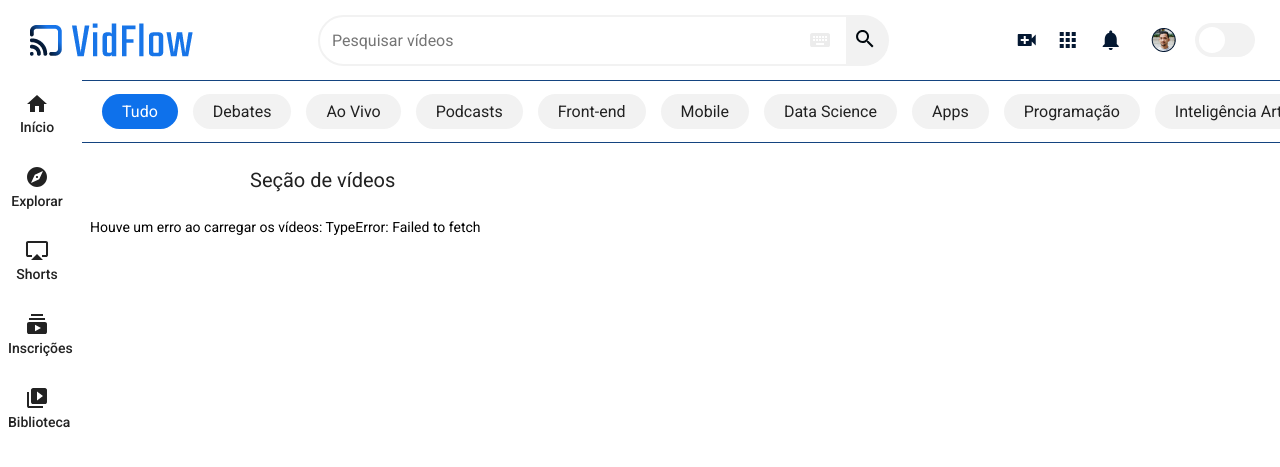
Repository: joaoPraiaJunior/curso-consumindo-api
Page: index.html
An editor plug-in stored every save of this project. The page is shown before and after the next save, followed by the edit.
The browser window is 1280 px wide. The pictures show the whole page.
The page's requests for data from a server got no answer.

Above is the page before, as saved 2024-08-16 21:44:17.

### index.html
<!DOCTYPE html>
<html lang="pt-br" dir="ltr">
<head>
    <meta charset="UTF-8">
    <meta name="viewport" content="width=device-width, initial-scale=1.0">
    <link href="https://fonts.googleapis.com/css2?family=Roboto:wght@400;500;700&display=swap" rel="stylesheet">
    <link rel="stylesheet" href="./css/reset.css">
    <link rel="stylesheet" href="./css/estilos.css">
    <link rel="stylesheet" href="./css/flexbox.css">
    <title>VidFlow</title>
    <link rel="shortcut icon" href="./img/Favicon.png" type="image/x-icon">
</head>
<body>
    <header>
        <nav class="cabecalho__container">
            <div class="logo__item">
                <a href="/"><img src="./img/modo_claro/vidflow-logo-light-mode.png" alt="Página do VidFlow"></a>
            </div>
            <div class="cabecalho__pesquisar__item">
                <form class="form__pesquisa">
                    <input type="search" name="pesquisar" class="pesquisar__input" placeholder="Pesquisar vídeos" data-js="barra-de-pesquisa">
                    <img src="./img/modo_claro/menu_superior/keyboard.svg" alt="Ícone de teclado" class="pesquisar__input-teclado">
                    <button class="pesquisar__btn">
                        <img src="./img/modo_claro/menu_superior/search.svg" alt="Ícone de lupa">
                    </button>
                </form>
            </div>
            <div class="secao-links-e-botao-switch">
                <ul aria-label="Links do cabeçalho" class="cabecalho__links">
                    <li><a href="#" class="cabecalho__videos" aria-label="Criar vídeos" title="Criar vídeos"></a></li>
                    <li><a href="#" class="cabecalho__apps" aria-label="Aplicativos"></a></li>
                    <li><a href="#" class="cabecalho__notificacoes" aria-label="Notificações"></a></li>
                    <li><a href="#" class="cabecalho__avatar" aria-label="Perfil de usuário"></a></li>
                </ul>

                <label class="cabecalho__switch">
                    <input type="checkbox" class="cabecalho__switch-input" data-js="modo-escuro" aria-label="Modo claro">
                    <span class="cabecalho__switch-slider"></span>
                </label>
            </div>
        </nav>
    </header>
    <!-- Menu lateral -->

    <div class="menu__container-wrapper">
        <aside class="menu__container">
            <section class="menu__secao" aria-label="Links principais">
                <ul class="menu__lista menu__links-principais">
                    <li>
                        <a class="menu__itens" href="#">
                            <i class="icone__inicio"></i>
                            <span>Início</span>
                        </a>
                    </li>

                    <li>
                        <a class="menu__itens" href="#">
                            <i class="icone__explorar"></i>
                            <span>Explorar</span>
                        </a>
                    </li>

                    <li>
                        <a class="menu__itens" href="#">
                            <i class="icone__shorts"></i>
                            <span>Shorts</span>
                        </a>
                    </li>

                    <li>
                        <a class="menu__itens" href="#">
                            <i class="icone__inscricoes"></i>
                            <span>Inscrições</span>
                        </a>
                    </li>

                    <li>
                        <a class="menu__itens" href="#">
                            <i class="icone__biblioteca"></i>
                            <span>Biblioteca</span>
                        </a>
                    </li>
                </ul>
            </section>

            <section class="menu__secao" aria-label="Links para vídeos guardados na conta">
                <ul class="menu__lista">
                    <li>
                        <a class="menu__itens" href="#">
                            <i class="icone__historico"></i>
                            <span>Histórico</span>
                        </a>
                    </li>

                    <li>
                        <a class="menu__itens" href="#">
                            <i class="icone__relogio"></i>
                            <span>Assistir mais tarde</span>
                        </a>
                    </li>

                    <li>
                        <a class="menu__itens" href="#">
                            <i class="icone__like"></i>
                            <span>Marcados com like</span>
                        </a>
                    </li>
                </ul>
            </section>

            <section class="menu__secao" aria-labelledby="inscricoes" data-js="secao-menu">
                <h2 id="inscricoes" class="menu__secao-titulo">Inscrições</h2>

                <ul id="menu__canais" class="menu__lista">
                    <li class="menu__canal">
                        <a class="menu__itens" href="#">
                            <i class="icone__alura"></i>
                            <span>Alura</span>
                        </a>
                    </li>

                    <li class="menu__canal">
                        <a class="menu__itens" href="#">
                            <i class="icone__gaveta"></i>
                            <span>Gaveta</span>
                        </a>
                    </li>

                    <li class="menu__canal">
                        <a class="menu__itens" href="#">
                            <i class="icone__ballerini"></i>
                            <span>Rafaella Ballerini</span>
                        </a>
                    </li>

                    <li class="menu__canal">
                        <a class="menu__itens" href="#">
                            <i class="icone__iamarino"></i>
                            <span>Atila Iamarino</span>
                        </a>
                    </li>

                    <li class="menu__canal">
                        <a class="menu__itens" href="#">
                            <i class="icone__souto"></i>
                            <span>Mario Souto</span>
                        </a>
                    </li>

                    <li class="menu__canal">
                        <a class="menu__itens" href="#">
                            <i class="icone__nerd"></i>
                            <span>Jovem Nerd</span>
                        </a>
                    </li>

                    <li class="menu__canal">
                        <a class="menu__itens" href="#">
                            <i class="icone__deschamps"></i>
                            <span>Felipe Deschamps</span>
                        </a>
                    </li>
                </ul>
            </section>

            <section class="menu__secao" aria-labelledby="mais-da-pagina" data-js="secao-menu">
                <h2 id="mais-da-pagina" class="menu__secao-titulo">
                    Mais da página
                </h2>

                <ul id="mais__paginas" class="menu__lista">
                    <li class="premium">
                        <a class="menu__itens" href="#">
                            <i class="icone__videos"></i>
                            <span>Vídeo Premium</span></a>
                    </li>

                    <li class="filmes">
                        <a class="menu__itens" href="#">
                            <i class="icone__filmes"></i>
                            <span>Filmes</span></a>
                    </li>

                    <li class="jogos">
                        <a class="menu__itens" href="#">
                            <i class="icone__jogos"></i>
                            <span>Jogos</span></a>
                    </li>

                </ul>
            </section>
        </aside>
    </div>
    <main>
        <div class="superior__secao__container">
            <button name="Tudo" class="botao-categoria selecionado" data-js="botao-categoria">
                Tudo
            </button>

            <button name="Debates" class="botao-categoria" data-js="botao-categoria">
                Debates
            </button>

            <button name="Ao Vivo" class="botao-categoria" data-js="botao-categoria">
                Ao Vivo
            </button>

            <button name="Podcasts" class="botao-categoria" data-js="botao-categoria">
                Podcasts
            </button>

            <button name="Front-end" class="botao-categoria" data-js="botao-categoria">
                Front-end
            </button>

            <button name="Mobile" class="botao-categoria" data-js="botao-categoria">
                Mobile
            </button>

            <button name="Data Science" class="botao-categoria" data-js="botao-categoria">
                Data Science
            </button>

            <button name="Apps" class="botao-categoria" data-js="botao-categoria">
                Apps
            </button>

            <button name="Programação" class="botao-categoria" data-js="botao-categoria">
                Programação
            </button>

            <button name="Inteligência Artificial" class="botao-categoria" data-js="botao-categoria">
                Inteligência Artificial
            </button>
            <button name="Inovação" class="botao-categoria" data-js="botao-categoria">
                Inovação
            </button>
        </div>
            <h1 class="videos__titulo"> Seção de vídeos </h1>
        <ul class="videos__container" data-js="container-videos">

        </ul>
    </main>
    <script type="module" src="js/script.js"></script>
</body>
</html>

### css/estilos.css
*,
*::before,
*::after {
  box-sizing: border-box;
  transition: background-color 0.2s linear;
}

:root {
  --azul-profundo: #01080e;
  --azul-escuro: #041832;
  --azul-medio: #144480;
  --azul-destaque-light: #0e71eb;
  --azul-destaque-dark: #1a76d8;
  --cinza-escuro: #222222;
  --cinza-medio: #c5c5c5;
  --cinza-claro: #f2f2f2;
  --branco: #ffffff;

  /* Variáveis semânticas */
  --bg-cor-principal: var(--branco);
  --bg-cor-secundaria: var(--cinza-claro);
  --fonte-cor-principal: var(--cinza-escuro);
}

:root.modo-escuro {
  --bg-cor-principal: var(--azul-profundo);
  --bg-cor-secundaria: var(--cinza-medio);
  --fonte-cor-principal: var(--cinza-medio);
}

body {
  font-family: Roboto, Arial, Helvetica, sans-serif;
  background-color: var(--bg-cor-principal);
  position: relative;
  width: 100%;
  height: 100vh;
  overflow: auto;
  font-size: 14px;
  color: var(--fonte-cor-principal);
  box-sizing: border-box;
  text-align: center;
}

::-webkit-scrollbar {
  width: 0;
  height: 0;
}

input[type="search"]::-webkit-search-decoration,
input[type="search"]::-webkit-search-cancel-button,
input[type="search"]::-webkit-search-results-button,
input[type="search"]::-webkit-search-results-decoration {
  display: none;
}

/* CABEÇALHO */

.cabecalho__container {
  background-color: var(--bg-cor-principal);
  height: 80px;
  width: 100%;
  padding: 0 25px;
}

.logo__item {
  padding: 15px 0px;
}

.pesquisar__input {
  position: relative;
  padding: 14px 12px;
  background-color: var(--bg-cor-principal);
  border: 2px solid var(--bg-cor-secundaria);
  border-radius: 32px 0px 0px 32px;
  font-size: 16px;
}

.pesquisar__input-teclado {
  position: absolute;
  right: 58px;
  top: 37%;
}

.pesquisar__btn {
  background-color: var(--bg-cor-secundaria);
  border: 0px;
  border-radius: 0px 32px 32px 0px;
  padding: 8px;
  padding-right: 15px;
  border-left: none;
  cursor: pointer;
}

.cabecalho__links {
  display: flex;
  align-items: center;
}

.cabecalho__videos {
  background-image: url("../img/modo_claro/menu_superior/video_call.svg");
  background-repeat: no-repeat;
  background-position: center;
  padding: 20px;
}

:root.modo-escuro .cabecalho__videos {
  background-image: url("../img/modo_escuro/menu_superior/video_call.svg");
}

.cabecalho__apps {
  background-image: url("../img/modo_claro/menu_superior/apps.svg");
  background-repeat: no-repeat;
  background-position: center;
  padding: 13px 30px 13px 13px;
}

:root.modo-escuro .cabecalho__apps {
  background-image: url("../img/modo_escuro/menu_superior/apps.svg");
}

.cabecalho__notificacoes {
  background-image: url("../img/modo_claro/menu_superior/notifications.svg");
  background-repeat: no-repeat;
  background-position: center;
  padding: 13px 30px 13px 13px;
}

:root.modo-escuro .cabecalho__notificacoes {
  background-image: url("../img/modo_escuro/menu_superior/notifications.svg");
}

.cabecalho__avatar {
  background-image: url("../img/modo_claro/menu_superior/Avatar.png");
  background-repeat: no-repeat;
  background-position: center;
  padding: 13px 30px 13px 33px;
}

:root.modo-escuro .cabecalho__avatar {
  background-image: url("../img/modo_escuro/menu_superior/Avatar.png");
}

.cabecalho__switch {
  position: relative;
  display: inline-block;
  padding: 13px 30px 13px 13px;
  width: 60px;
  height: 34px;
}

.cabecalho__switch-input {
  opacity: 0;
  width: 0;
  height: 0;
}

.cabecalho__switch-slider {
  position: absolute;
  cursor: pointer;
  top: 0;
  left: 0;
  right: 0;
  bottom: 0;
  background-color: var(--cinza-claro);
  transition: 0.4s;
  border-radius: 34px;
}

.cabecalho__switch-slider::before {
  position: absolute;
  content: "";
  height: 26px;
  width: 26px;
  left: 4px;
  bottom: 4px;
  background-color: var(--branco);
  transition: 0.4s;
  border-radius: 50%;
}

.cabecalho__switch-input:checked + .cabecalho__switch-slider {
  background-color: var(--azul-destaque-dark);
}

.cabecalho__switch-input:checked + .cabecalho__switch-slider::before {
  -webkit-transform: translateX(26px);
  -ms-transform: translateX(26px);
  transform: translateX(26px);
  background-color: var(--cinza-claro);
}

.cabecalho__switch-input:focus+.cabecalho__switch-slider {
  outline: auto 1px;
}

/* MENU LATERAL */

.menu__container {
  font-size: 14px;
  background-color: var(--bg-cor-principal);
}

.menu__container::-webkit-scrollbar {
  width: 16px;
  background: transparent;
}

.menu__container::-webkit-scrollbar-track {
  background: transparent;
}

.menu__container-wrapper:hover .menu__container::-webkit-scrollbar-thumb {
  background: var(--cinza-medio);
  border-radius: 8px;
  border: 4px solid transparent;
  background-clip: content-box;
}

.icone__inicio::before {
  content: url("../img/modo_claro/menu_lateral/home.svg");
}

:root.modo-escuro .icone__inicio::before {
  content: url("../img/modo_escuro/menu_lateral/home.svg");
}

.icone__explorar::before {
  content: url("../img/modo_claro/menu_lateral/explore.svg");
}

:root.modo-escuro .icone__explorar::before {
  content: url("../img/modo_escuro/menu_lateral/explore.svg");
}

.icone__shorts::before {
  content: url("../img/modo_claro/menu_lateral/airplay.svg");
}

:root.modo-escuro .icone__shorts::before {
  content: url("../img/modo_escuro/menu_lateral/airplay.svg");
}

.icone__inscricoes::before {
  content: url("../img/modo_claro/menu_lateral/subscriptions.svg");
}

:root.modo-escuro .icone__inscricoes::before {
  content: url("../img/modo_escuro/menu_lateral/subscriptions.svg");
}

.icone__biblioteca::before {
  content: url("../img/modo_claro/menu_lateral/video_library.svg");
}

:root.modo-escuro .icone__biblioteca::before {
  content: url("../img/modo_escuro/menu_lateral/video_library.svg");
}

.icone__historico::before {
  content: url("../img/modo_claro/menu_lateral/history.svg");
}

:root.modo-escuro .icone__historico::before {
  content: url("../img/modo_escuro/menu_lateral/history.svg");
}

.icone__relogio::before {
  content: url("../img/modo_claro/menu_lateral/history_toggle_off.svg");
}

:root.modo-escuro .icone__relogio::before {
  content: url("../img/modo_escuro/menu_lateral/history_toggle_off.svg");
}

.icone__like::before {
  content: url("../img/modo_claro/menu_lateral/thumb_up_alt.svg");
}

:root.modo-escuro .icone__like::before {
  content: url("../img/modo_escuro/menu_lateral/thumb_up_alt.svg");
}

.icone__alura::before {
  content: url("../img/modo_claro/menu_lateral/Avatar_Alura.png");
}

.icone__gaveta::before {
  content: url("../img/modo_claro/menu_lateral/Avatar_Gaveta.png");
}

.icone__ballerini::before {
  content: url("../img/modo_claro/menu_lateral/Avatar_Rafa.png");
}

.icone__iamarino::before {
  content: url("../img/modo_claro/menu_lateral/Avatar_Atila.png");
}

.icone__souto::before {
  content: url("../img/modo_claro/menu_lateral/Avatar_Souto.png");
}

.icone__nerd::before {
  content: url("../img/modo_claro/menu_lateral/Avatar_Jovem_Nerd.png");
}

.icone__deschamps::before {
  content: url("../img/modo_claro/menu_lateral/Avatar_Deschamps.png");
}

.icone__mostrar::before {
  content: url("../img/modo_claro/menu_lateral/keyboard_arrow_down.svg");
}

:root.modo-escuro .icone__mostrar::before {
  content: url("../img/modo_escuro/menu_lateral/keyboard_arrow_down.svg");
}

.icone__mostrar-rotacionado {
  transform: rotateX(0.5turn);
}

.icone__videos::before {
  content: url("../img/modo_claro/menu_lateral/ondemand_video.svg");
}

:root.modo-escuro .icone__videos::before {
  content: url("../img/modo_escuro/menu_lateral/ondemand_video.svg");
}

.icone__filmes::before {
  content: url("../img/modo_claro/menu_lateral/movie.svg");
}

:root.modo-escuro .icone__filmes::before {
  content: url("../img/modo_escuro/menu_lateral/movie.svg");
}

.icone__jogos::before {
  content: url("../img/modo_claro/menu_lateral/sports_esports.svg");
}

:root.modo-escuro .icone__jogos::before {
  content: url("../img/modo_escuro/menu_lateral/sports_esports.svg");
}

/* SECAO SUPERIOR */

.superior__secao__container {
  height: 63px;
  color: var(--branco);
  font-size: 16px;
  background-color: var(--bg-cor-principal);
  padding: 0 20px;
  position: fixed;
  top: 80px;
  right: 0;
  left: 0;
  overflow-x: scroll;
}

/* .superior__itens {
    position: relative;
} */

.botao-categoria {
  display: inline-block;
  font-size: 16px;
  color: var(--fonte-cor-principal);
  background-color: var(--cinza-claro);
  border-radius: 20px;
  padding: 8px 20px;
  cursor: pointer;
}

.botao-categoria:hover {
  background-color: var(--cinza-medio);
  color: var(--cinza-escuro);
  transition: 0.5s;
}

.botao-categoria.selecionado {
  background: var(--azul-destaque-light);
  color: var(--branco);
}

:root.modo-escuro .botao-categoria {
  background-color: var(--azul-escuro);
  color: var(--cinza-medio);
}

:root.modo-escuro .botao-categoria:hover {
  background-color: var(--cinza-medio);
  color: var(--cinza-escuro);
}

:root.modo-escuro .botao-categoria.selecionado {
  background-color: var(--azul-destaque-dark);
  color: var(--branco);
}

/* SEÇÃO VÍDEOS */

.videos__titulo {
  color: var(--fonte-cor-principal);
  font-size: 20px;
  position: relative;
  text-align: left;
  padding: 170px 0 0 250px;
}

.videos__container {
  color: black;
  padding: 30px 20px 10px 20px;
}

iframe {
  border-radius: 10px;
  width: 100%;
  height: 62%;
}

.descricao-video .link-img-canal {
  border-radius: 100%;
  width: 40px;
  height: 40px;
}

.descricao-video .titulo-video {
  font-weight: 700;
  font-size: 16px;
  color: var(--fonte-cor-principal);
}

.descricao-video .titulo-canal {
  font-size: 14px;
  color: var(--fonte-cor-principal);
}

.descricao-video .categoria {
  font-size: 14px;
  color: var(--fonte-cor-principal);
}

@media (min-width: 834px) {
  body {
    height: 100vh;
  }

  /* ESTILOS DO MENU LATERAL */

  .menu__container {
    font-size: 16px;
  }

  .menu__secao-titulo {
    display: block;
    padding: 24px 16px 0;
    text-align: start;
    font-weight: 500;
    text-transform: uppercase;
  }

  .menu__lista {
    padding: 16px 8px;
  }

  .menu__lista li {
    width: 100%;
  }

  .menu__lista .menu__itens {
    font-size: 14px;
  }

  .menu__links-principais .menu__itens {
    font-weight: 500;
  }

  .icone__mostrar {
    transition: transform .5s;
  }

  .menu__botao-expandir-canais[aria-expanded="true"] .icone__mostrar {
    transform: rotate(180deg);
  }

  /* ESTILOS DA SECAO SUPERIOR */

  .superior__secao__container {
    border-top: var(--azul-medio) 1px solid;
    border-bottom: var(--azul-medio) 1px solid;
    width: auto;
    left: 82px;
  }

  /*ESTILOS SEÇÃO VÍDEOS */

  .videos__container {
    padding-left: 90px;
    padding-right: 17px;
  }
}

@media (min-width: 1440px) {
  /* SEÇÃO SUPERIOR */

  .superior__secao__container {
    left: 247px;
  }

  /* ESTILOS DO MENU LATERAL */

  .menu__secao {
    border-bottom: 1.5px solid var(--azul-medio);
  }

  /* ESTILOS VIDEOS */

  .videos__container {
    padding-right: 10px;
    padding-left: 248px;
  }
}

### css/flexbox.css
/* CABEÇALHO */

.cabecalho__container {
  display: flex;
  justify-content: space-between;
  align-items: center;
  position: fixed;
  top: 0;
}

.cabecalho__pesquisar__item {
  display: none;
}

.form__pesquisa {
  position: relative;
  flex: 1;
  display: flex;
  justify-content: center;
}

.secao-links-e-botao-switch {
  display: flex;
}

/* MENU */

.menu__container {
  position: fixed;
  bottom: 0%;
  height: 74px;
  width: 100%;
}

.menu__secao {
  height: 100%;
}

.menu__secao:nth-child(2),
.menu__secao:nth-child(3),
.menu__secao:nth-child(4) {
  display: none;
}

.menu__lista {
  display: flex;
  justify-content: space-around;
  height: 100%;
}

.menu__lista li {
  align-self: center;
}

.menu__itens {
  display: flex;
  flex-direction: column;
  gap: 5px;
}

/* SEÇÃO SUPERIOR */

.superior__secao__container {
  display: flex;
  align-items: center;
  white-space: nowrap;
  gap: 15px;
}


/* VIDEO */

.videos__container {
  display: flex;
  flex-wrap: wrap;
  gap: 10px;
}

.videos__item {
  display: block;
  height: 303px;
  width: 280px;
  flex-grow: 1;
}

.videos__item.escondido {
  display: none;
}

.descricao-video {
  margin-top: 1rem;
  display: grid;
  text-align: start;
  column-gap: 1rem;
  row-gap: 10px;
  grid-template-columns: auto 1fr;
}

.descricao-video .link-img-canal {
  grid-area: 1 / 1 / 3 / 2;
}

.descricao-video .img-canal {
  grid-area: 1 / 1 / 3 / 2;
}

.descricao-video .categoria {
    grid-area: 3 / 2 / 4 / 3;
}

@media (min-width: 834px) {
  /* MENU LATERAL*/

  .menu__container {
    left: 0;
    height: auto;
    width: 74px;
    top: 80px;
  }

  .menu__lista {
    flex-direction: column;
    justify-content: flex-start;
    padding-top: 15px;
    gap: 33px;
  }
}

@media (min-width: 1156px) {
  /* CABEÇALHO */

  .cabecalho__pesquisar__item {
    display: block;
  }

  .pesquisar__input {
    width: 530px;
  }
}

@media (min-width: 1440px) {
  /* MENU */

  .menu__container {
    width: 239px;
    overflow: scroll;
  }

  .menu__secao {
    height: auto;
  }

  .menu__secao:nth-child(2),
  .menu__secao:nth-child(3),
  .menu__secao:nth-child(4) {
    display: block;
  }

  .menu__lista {
    height: auto;
    padding: 20px 17px 20px 15px;
    gap: 15px;
  }

  .menu__itens {
    flex-direction: row;
    gap: 15px;
    align-items: center;
  }

  .menu__lista li.escondido {
    display: none;
  }

  .menu__botao-expandir-canais {
    padding: 0 16px 24px;
    cursor: pointer;
  }
}

### js/script.js
import expandirMenu from "./expandirMenu.js";
import filtrarVideos from "./filtrarVideos.js";
import filtrarVideosPorBotoes from "./filtrarVideosPorBotoes.js";
import temaEscuro from "./temaEscuro.js";
import videos from "./videos.js";


videos();
filtrarVideos();
filtrarVideosPorBotoes();
temaEscuro();
expandirMenu();

### js/filtrarVideos.js
function filtrarVideos() {

    const elementos = {
        barraDePesquisa: '[data-js="barra-de-pesquisa"]',
        videos: '[data-js="videos"]',
        tituloDoVideo: '[data-js="titulo-video"]'
    }

    const barraDePesquisa = document.querySelector(elementos.barraDePesquisa);


    function filtrarPesquisa() {
        const videos = document.querySelectorAll(elementos.videos);
        const valorDoFiltro = barraDePesquisa.value.toLowerCase();
        videos.forEach((video) => {
            const titulo = video.querySelector(elementos.tituloDoVideo).textContent.toLowerCase();
            video.style.display = valorDoFiltro ? titulo.includes(valorDoFiltro) ? "block" : "none" : "block";
        });
    }

    barraDePesquisa.addEventListener('input', filtrarPesquisa);

}

export default filtrarVideos;

### js/filtrarVideosPorBotoes.js
function filtrarVideosPorBotoes() {

    const elementos = {
        botaoCategoria: '[data-js="botao-categoria"]',
        videos: '[data-js="videos"]',
        categoria: '[data-js="categoria"]',
    }

    const botaoCategoria = document.querySelectorAll(elementos.botaoCategoria);

    botaoCategoria.forEach(botao => {
        let nomeDaCategoria = botao.getAttribute('name');
        botao.addEventListener('click', () => {
            filtrarPorCategoria(nomeDaCategoria);
            alteraOFocoDoBotao(botao);
        });
    });

    function alteraOFocoDoBotao(botao) {
        const botaoSetado = document.getElementsByClassName('selecionado');
        botaoSetado[0].classList.remove('selecionado');
        botao.classList.add('selecionado');
    }

    function filtrarPorCategoria(nomeDaCategoria) {
        const videos = document.querySelectorAll(elementos.videos);
        const valorDoFiltro = nomeDaCategoria.toLowerCase();
        videos.forEach((video) => {
            const categoria = video.querySelector(elementos.categoria).textContent.toLowerCase()
            video.style.display = valorDoFiltro !== "tudo" ? categoria.includes(valorDoFiltro) ? "block" : "none" : "block";
        });
    }
}

export default filtrarVideosPorBotoes;

Loaded but not shown: css/reset.css (common file); js/expandirMenu.js (69 lines, source omitted); js/videos.js (70 lines, source omitted); js/temaEscuro.js (40 lines, source omitted)

After the next save:
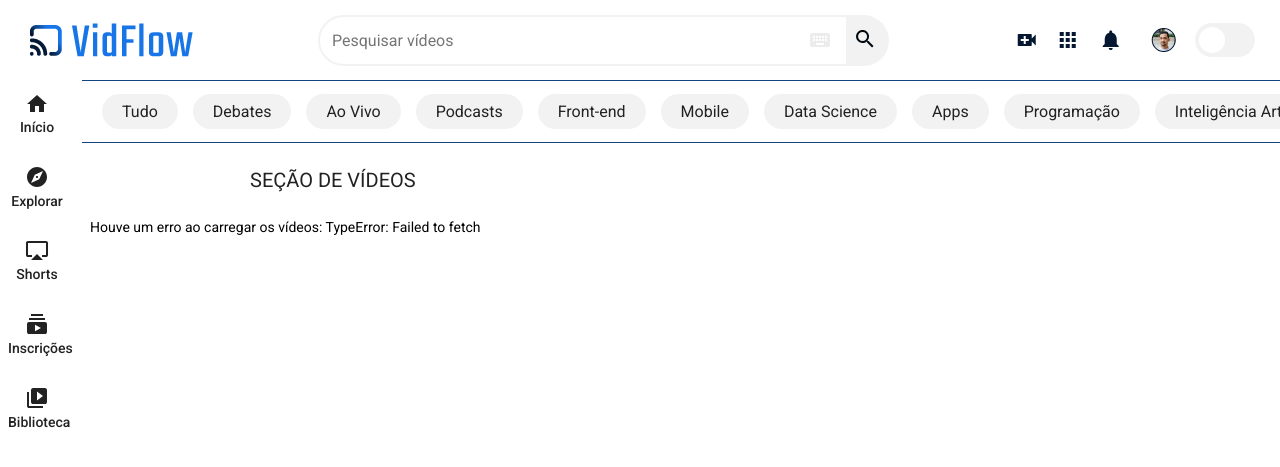
Saved 20 s later.
--- a/css/estilos.css
+++ b/css/estilos.css
@@ -379,7 +379,7 @@ input[type="search"]::-webkit-search-results-decoration {
   transition: 0.5s;
 }
 
-.botao-categoria.selecionado {
+.botao-categoria[aria-selected="true"] {
   background: var(--azul-destaque-light);
   color: var(--branco);
 }
@@ -394,7 +394,7 @@ input[type="search"]::-webkit-search-results-decoration {
   color: var(--cinza-escuro);
 }
 
-:root.modo-escuro .botao-categoria.selecionado {
+:root.modo-escuro .botao-categoria[aria-selected="true"] {
   background-color: var(--azul-destaque-dark);
   color: var(--branco);
 }
@@ -406,6 +406,7 @@ input[type="search"]::-webkit-search-results-decoration {
   font-size: 20px;
   position: relative;
   text-align: left;
+  text-transform: uppercase;
   padding: 170px 0 0 250px;
 }
 
